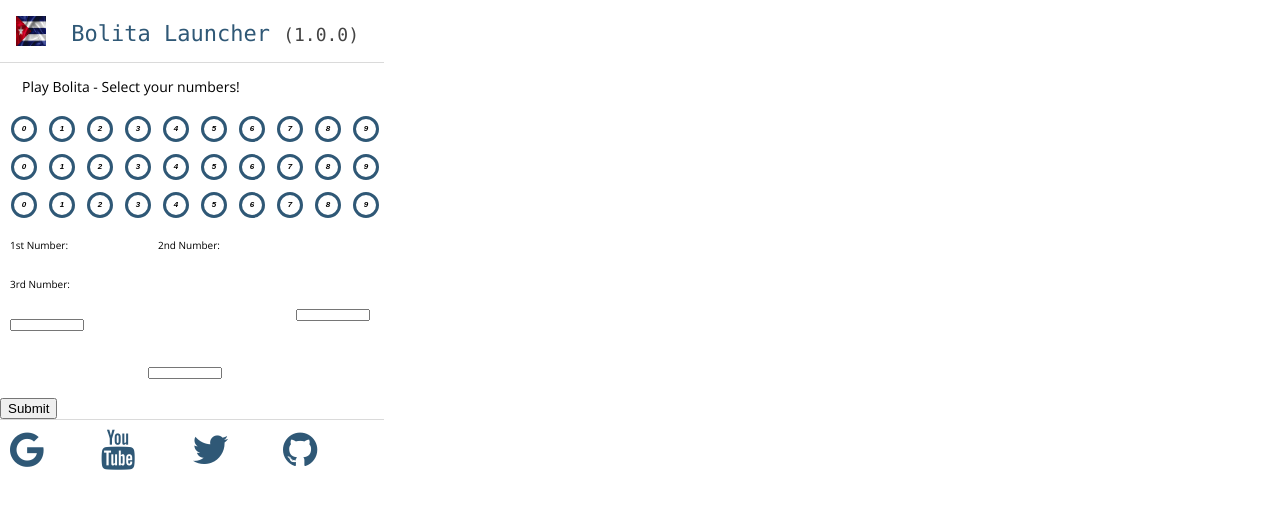
Repository: markymark617/BolitaChromeExtension
Page: popup.html
An editor plug-in stored every save of this project. The page is shown before and after the next save, followed by the edit.
The browser window is 1280 px wide. The pictures show the whole page.

Above is the page before, as saved 2020-09-06 14:30:16.

After the next save:
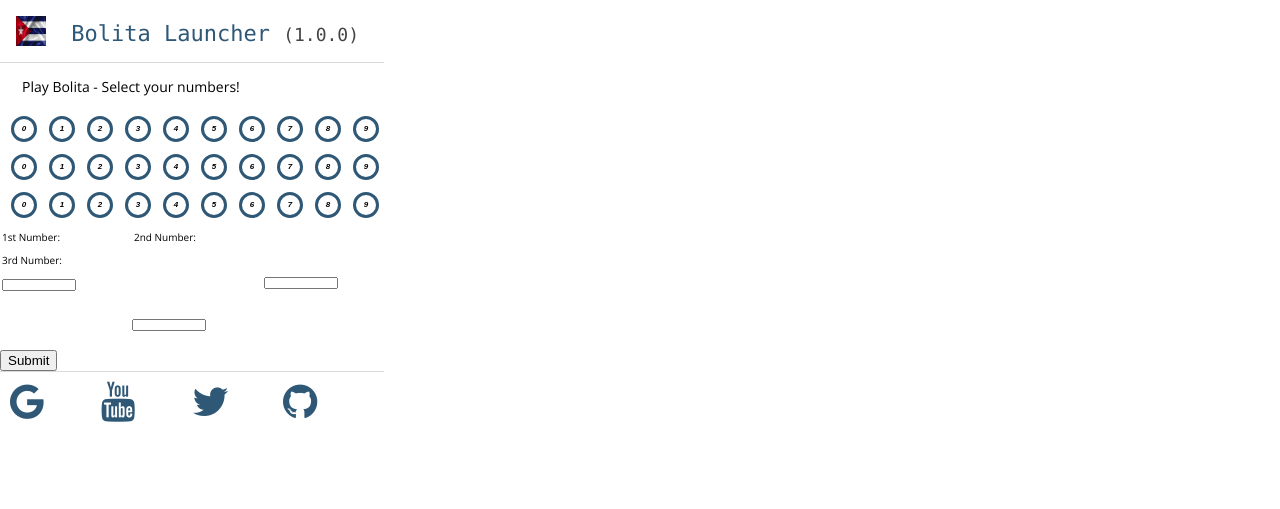
Saved 33 s later.
--- a/popup.css
+++ b/popup.css
@@ -111,7 +111,7 @@
     .column {
         float: left;
         width: 33.33%;
-        padding: 10px;
+        padding: 2px;
       }
 
       /* Clear floats after the columns */
